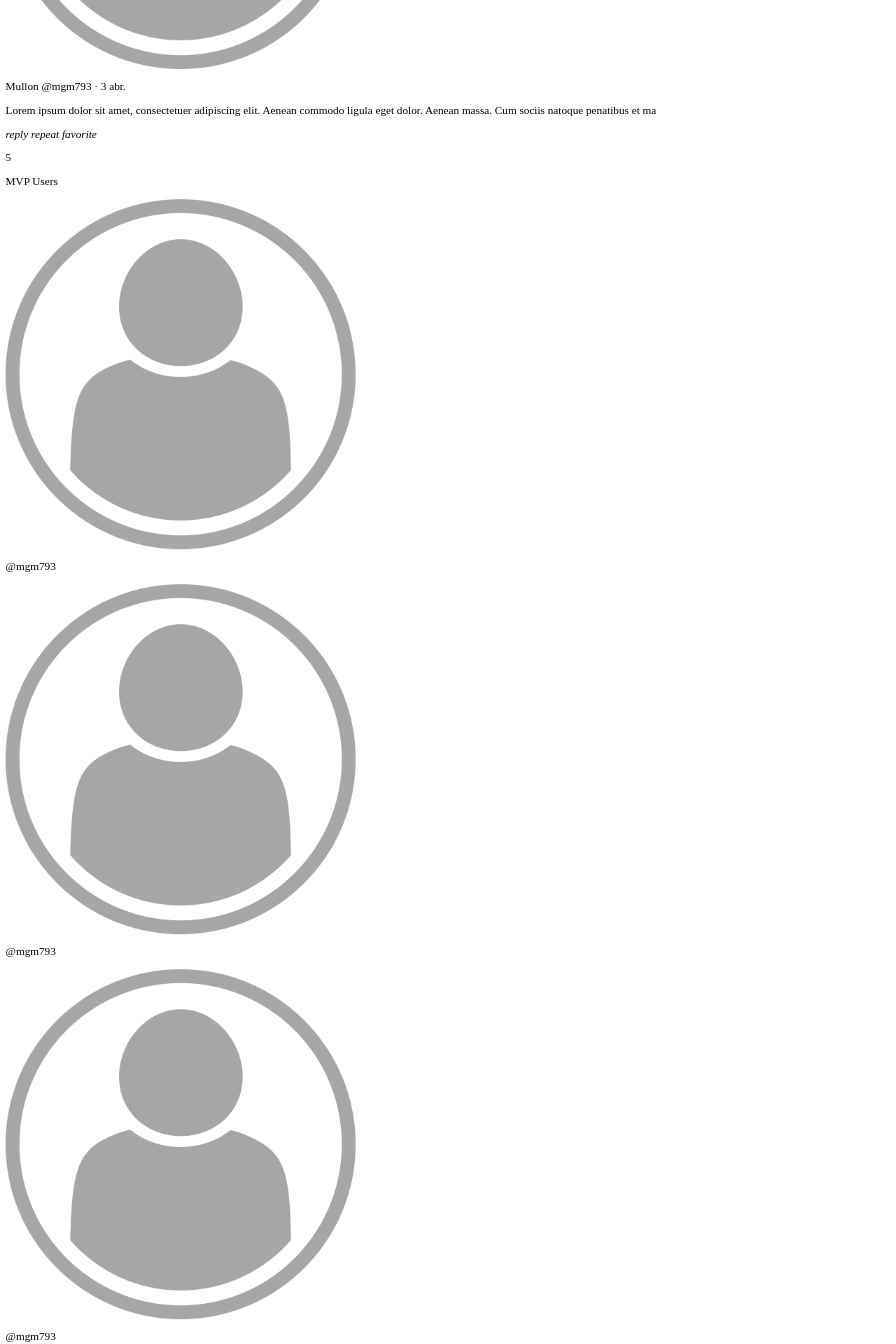
Repository: mgm793/EPAW
Page: http://localhost/Twitter/Time.jsp
An editor plug-in stored every save of this project. The page is shown before and after the next save, followed by the edit.
The browser window is 1280 px wide. The pictures show the part of the page from y = 1872 to 3792 px (the page is 3806 px tall before and 4458 px after), at 70% of full size.
The page is served by Tomcat 9. Other server files are loaded and not shown.

Above is the page before, as saved 2017-06-07 14:30:13.

### Twitter/WebContent/Time.jsp
<div class="bodyLeft">
	<div class="profileSide">
		<div class ="profileInfo">
			<div class="head"></div>
			<div class="info">
				<img src="imgs/logo_user.png" alt="icon">
				<div class="name">
				<p><b>${sessionScope.user}</b></p>
				<p class="clickable" onclick="goProfile('${sessionScope.user}')">@${sessionScope.user}</p>
				</div>
			</div>
			<div class="stats">
			<div><p>TWEETS</p><p class="num">2.000</p></div>
			<div><p>FOLLOWING</p><p class="num">500</p></div>
			<div><p>FOLLOWERS</p><p class="num">700</p></div>
			</div>
		</div>
	</div>
	<div class="TTSide">
		<div class ="TTcontent">
			<p class="title">Trending Topics</p>
			<p class="hashtag clickable">#Barcelona</p>
			<p class="hashtag clickable">#Lund</p>
			<p class="hashtag clickable">#CacatuasPower</p>
			<p class="hashtag clickable">#Reticulos</p>
			<p class="hashtag clickable">#DoItForYourLover</p>
		</div>
	</div>
</div>
<div class="bodyCenter">
	<p class="type" style="display: none"> Timeline </p>
	<div class="input">
		<img src="imgs/logo_user.png" alt="img">
		<textarea id="inputTweet" maxlength="140" placeholder="What a hack?"></textarea>
	</div>
	<div class="tweets">
		<div class="tweet">
			<img src="imgs/logo_user.png" alt="img">
			<p class="header">
				<span class="bold">Mullon</span>
				<span class="grey">@mgm793</span>
				<span class="grey"> · </span>
				<span class="grey">3 abr.</span>
			</p>
			<p class="bodytweet">
				Lorem ipsum dolor sit amet, consectetuer adipiscing elit. Aenean commodo ligula eget dolor. Aenean massa. Cum sociis natoque penatibus et ma
			</p>
			<div class="options">
				<i class="material-icons" id="reply">reply</i>
				<i class="material-icons" id="retuit">repeat</i>
				<i class="material-icons" id="fav">favorite</i><p id="numFav">5</p>
			</div>
		</div>

	</div>
</div>
<div class="bodyRight">
	<div class="usersSide">
		<div class ="usersInfo">
			<p class="title">MVP Users</p>
			<div class="userBlock clickable">
					<img alt="user image" src="imgs/logo_user.png">
					<div class="info">
						<p class="user">@mgm793</p>
					</div>
			</div>
			<div class="userBlock clickable">
					<img alt="user image" src="imgs/logo_user.png">
					<div class="info">
						<p class="user">@mgm793</p>
					</div>
			</div>
			<div class="userBlock clickable">
					<img alt="user image" src="imgs/logo_user.png">
					<div class="info">
						<p class="user">@mgm793</p>
					</div>
			</div>
		</div>
	</div>
</div>

After the next save:
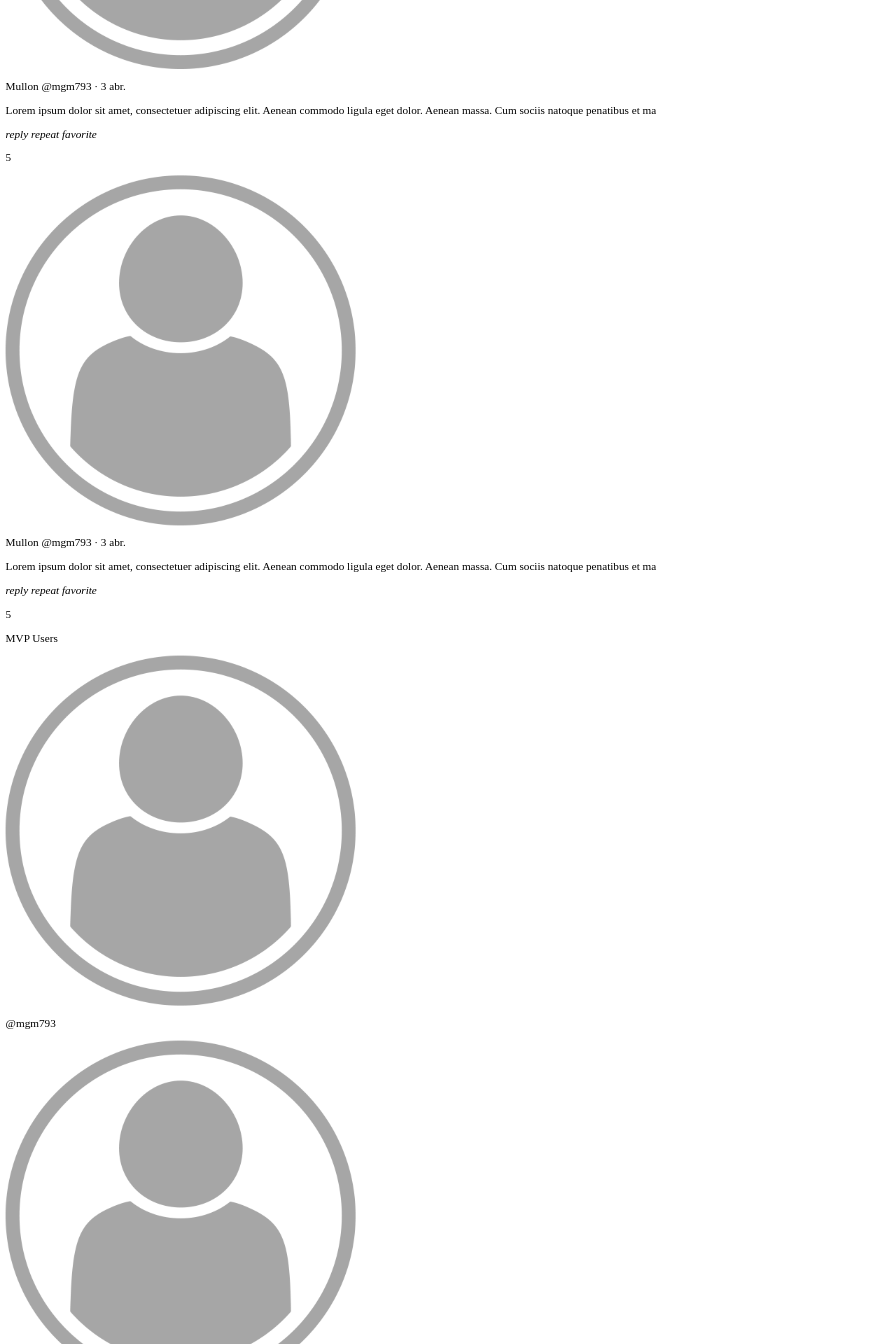
Saved 31 min 24 s later.
--- a/Twitter/WebContent/Time.jsp
+++ b/Twitter/WebContent/Time.jsp
@@ -51,7 +51,23 @@
 				<i class="material-icons" id="fav">favorite</i><p id="numFav">5</p>
 			</div>
 		</div>
-
+		<div class="tweet">
+			<img src="imgs/logo_user.png" alt="img">
+			<p class="header">
+				<span class="bold">Mullon</span>
+				<span class="grey">@mgm793</span>
+				<span class="grey"> · </span>
+				<span class="grey">3 abr.</span>
+			</p>
+			<p class="bodytweet">
+				Lorem ipsum dolor sit amet, consectetuer adipiscing elit. Aenean commodo ligula eget dolor. Aenean massa. Cum sociis natoque penatibus et ma
+			</p>
+			<div class="options">
+				<i class="material-icons" id="reply">reply</i>
+				<i class="material-icons" id="retuit">repeat</i>
+				<i class="material-icons" id="fav">favorite</i><p id="numFav">5</p>
+			</div>
+		</div>
 	</div>
 </div>
 <div class="bodyRight">
